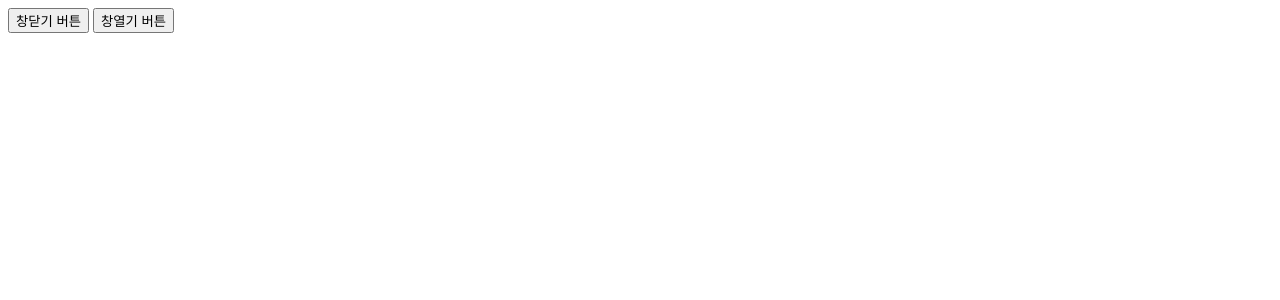
Repository: hololog/workspace_jsp1
Page: JspStudy/src/main/webapp/tset7.html
An editor plug-in stored every save of this project. The page is shown before and after the next save, followed by the edit.
The browser window is 1280 px wide. The pictures show the whole page.

Above is the page before, as saved 2021-12-06 01:28:02.

### JspStudy/src/main/webapp/tset7.html
<!DOCTYPE html>
<html>
<head>
<meta charset="UTF-8">
<title>js1/test7.html</title>
<script type="text/javascript">
// 	 객체:관련된 변수와 함수들의 정의 (멤버변수, 멤버함수=메소드)
// 	내장객체 : 웹브라우저 제어객체
// 	호출방법 : 내장객체.멤버변수/ 내장객체.메소드()
// 	alert("창닫기");
// 	window.close();
	function f1() {
		alert("창닫기");
		window.close();
	}
	function f2() {
// 		alert("창열기");
// 		window.open("새창주소", "창이름", "옵션");
// 		window.open("http://www.naver.com", "name","width=300,height=200");
		window.open("http://www.naver.com");		//
	}

</script>
</head>
<body>
 <input type="button" value="창닫기 버튼" onclick="f1()">
 <input type="button" value="창열기 버튼" onclick="f2()">

</body>
</html>

After the next save:
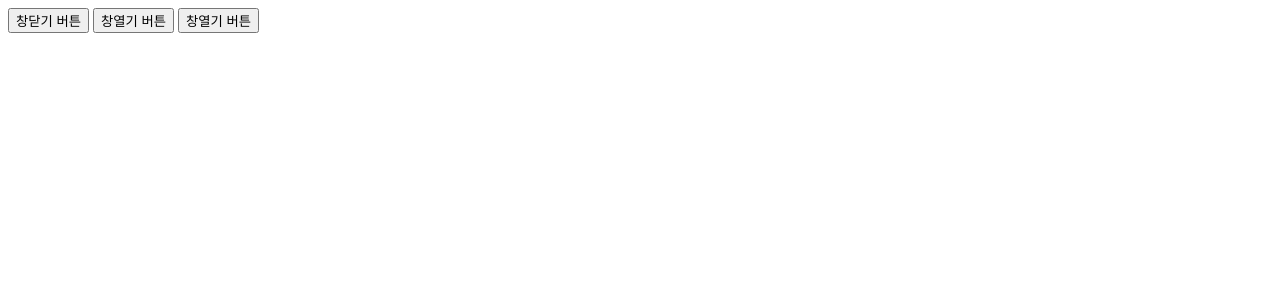
Saved 7 min 23 s later.
--- a/JspStudy/src/main/webapp/tset7.html
+++ b/JspStudy/src/main/webapp/tset7.html
@@ -19,12 +19,15 @@
 // 		window.open("http://www.naver.com", "name","width=300,height=200");
 		window.open("http://www.naver.com");		//
 	}
-
+	function f3() {
+		window.open("test6.html", "wname", "width=500, height=300");
+	}
 </script>
 </head>
 <body>
  <input type="button" value="창닫기 버튼" onclick="f1()">
  <input type="button" value="창열기 버튼" onclick="f2()">
+ <input type="button" value="창열기 버튼" onclick="f3()">
 
 </body>
 </html>
